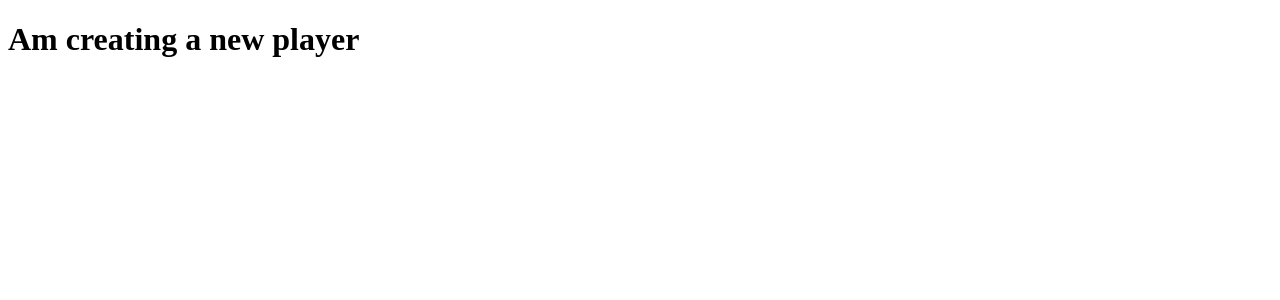
Repository: ohis/JAVAOnTheWeb
Page: http://localhost/TeamRoster/Players
These files come from the project's save history. The page is drawn as it stood at one moment and after the next save; the edit follows.
The browser window is 1280 px wide. The pictures show the whole page.
The page is served by Tomcat 9. Other server files are loaded and not shown.

Above is the page before, as saved 2017-12-04 04:30:16.

### servlets/TeamRoster/WebContent/WEB-INF/views/NewPlayer.jsp
<%@ page language="java" contentType="text/html; charset=ISO-8859-1"
    pageEncoding="ISO-8859-1"%>
<!DOCTYPE html PUBLIC "-//W3C//DTD HTML 4.01 Transitional//EN" "http://www.w3.org/TR/html4/loose.dtd">
<html>
<head>
<meta http-equiv="Content-Type" content="text/html; charset=ISO-8859-1">
<title>Create a new Player</title>
</head>
<body>
  <h1>Am creating a new player</h1>

</body>
</html>

### servlets/TeamRoster/src/com/codingdojo/web/controller/team/Players.java
package com.codingdojo.web.controller.team;

import java.io.IOException;

import javax.servlet.RequestDispatcher;
import javax.servlet.ServletException;
import javax.servlet.annotation.WebServlet;
import javax.servlet.http.HttpServlet;
import javax.servlet.http.HttpServletRequest;
import javax.servlet.http.HttpServletResponse;
import javax.servlet.http.HttpSession;

/**
 * Servlet implementation class Players
 */
@WebServlet("/Players")
public class Players extends HttpServlet {
	private static final long serialVersionUID = 1L;

    /**
     * @see HttpServlet#HttpServlet()
     */
    public Players() {
        super();
        // TODO Auto-generated constructor stub
    }

	/**
	 * @see HttpServlet#doGet(HttpServletRequest request, HttpServletResponse response)
	 */
	protected void doGet(HttpServletRequest request, HttpServletResponse response) throws ServletException, IOException {
		// TODO Auto-generated method stub
		HttpSession session = request.getSession();
		String tName = (String)session.getAttribute("name");
		session.setAttribute("tname", tName);
		RequestDispatcher view = request.getRequestDispatcher("/WEB-INF/views/NewPlayer.jsp");
		view.forward(request, response);
	}

	/**
	 * @see HttpServlet#doPost(HttpServletRequest request, HttpServletResponse response)
	 */
	protected void doPost(HttpServletRequest request, HttpServletResponse response) throws ServletException, IOException {
		// TODO Auto-generated method stub
		doGet(request, response);
	}

}

After the next save:
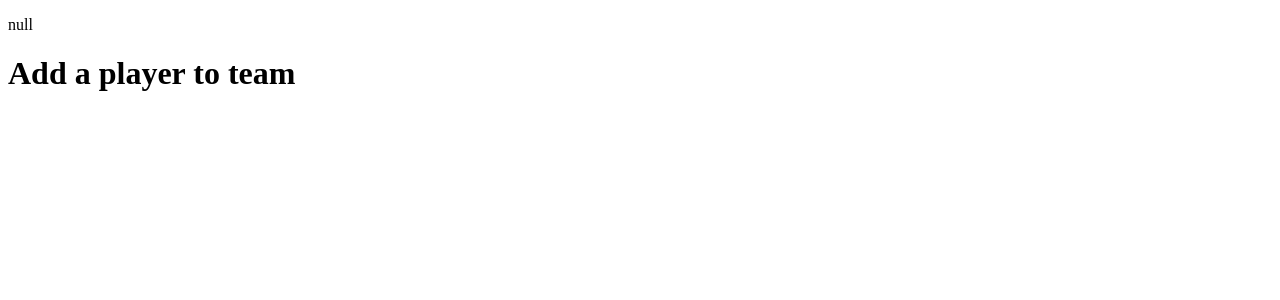
Saved 49 s later.
--- a/servlets/TeamRoster/WebContent/WEB-INF/views/NewPlayer.jsp
+++ b/servlets/TeamRoster/WebContent/WEB-INF/views/NewPlayer.jsp
@@ -7,7 +7,9 @@
 <title>Create a new Player</title>
 </head>
 <body>
-  <h1>Am creating a new player</h1>
+   <% String t = (String)request.getSession().getAttribute("tname"); %>
+       <p> <%= t %></p>
+  <h1>Add a player to team </h1>
 
 </body>
 </html>
